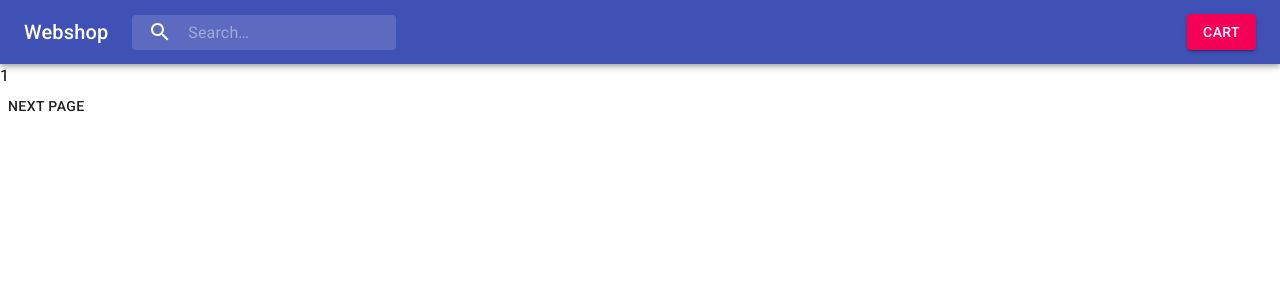
Repository: milac0/webshop
Page: /
These files come from the project's save history. The page is drawn as it stood at one moment and after the next save; the edit follows.
The browser window is 1280 px wide. The pictures show the whole page.
The page's requests for data from a server got no answer. The project was rebuilt for these pictures with package versions that can differ from the ones it lists, and the page was loaded fresh each time. No one was signed in, and anything a server would have sent is missing. Also part of the build but not shown: src/App.css, src/components/Product.js, src/pages/Cart.js, src/pages/Product.js, src/pages/NotFound.js.

Above is the page before, as saved 2019-11-04 15:18:08.

After the next save:
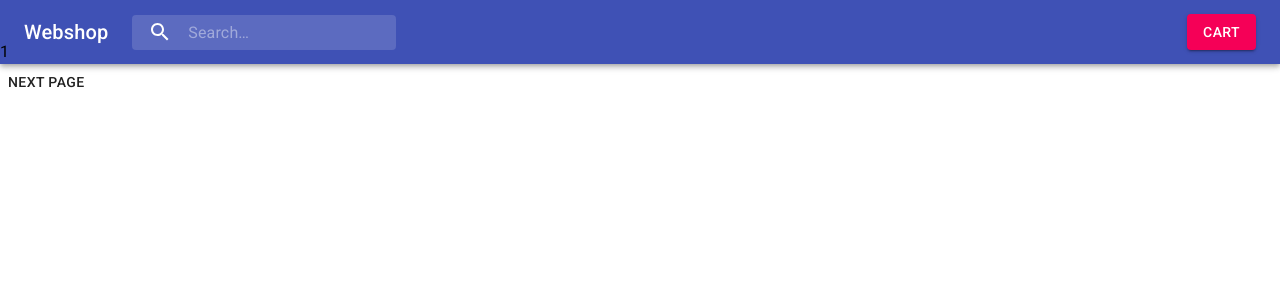
Saved 30 s later.
--- a/src/pages/Home.js
+++ b/src/pages/Home.js
@@ -27,7 +27,7 @@ const Home = () => {
 
   return (
     <div>
-      <Grid container>
+      <Grid container spacing="3">
         {!products ? (
           <h5>Loading</h5>
         ) : (
